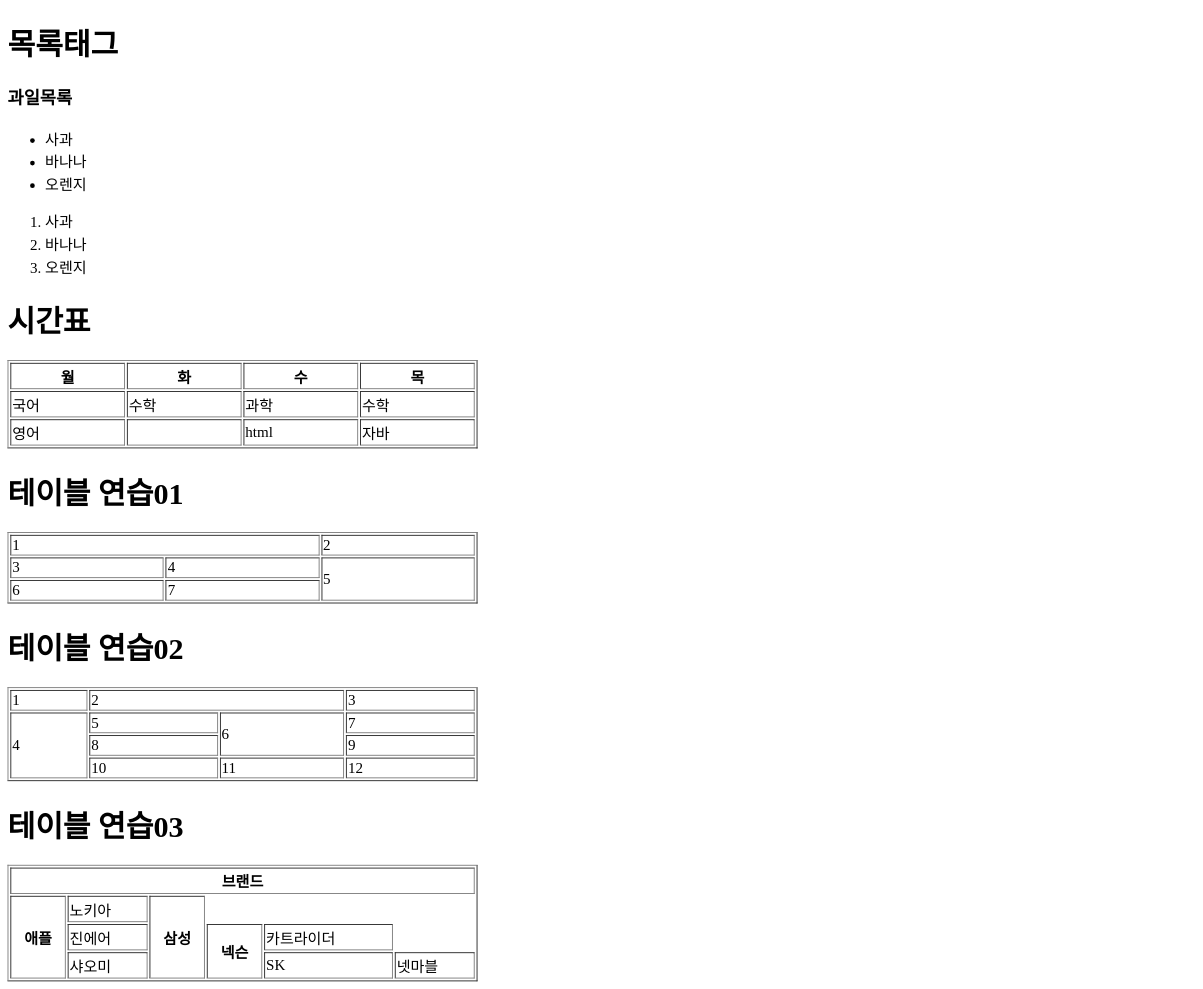
Repository: blinggg/html_git
Page: 0406/ex0406/WebContent/ex04.html
These files come from the project's save history. The page is drawn as it stood at one moment and after the next save; the edit follows.
The browser window is 1280 px wide. The pictures show the whole page, at 94% of full size.

Above is the page before, as saved 2020-04-06 05:24:54.

### 0406/ex0406/WebContent/ex04.html
<!DOCTYPE html>
<html>
<head>
<meta charset="UTF-8">
<title>연습4</title>
</head>
<body>
	<h1>목록태그</h1>
	<h3>과일목록</h3>

	<!-- 순서가 없는 리스트 -->
	<ul>
		<li>사과  </li>
		<li>바나나</li>
		<li>오렌지</li>
	</ul>

	<!-- 순서가 있는 리스트 -->
	<ol><li>사과  </li>
		<li>바나나</li>
		<li>오렌지</li>
	</ol>

	<h1>시간표</h1>
	<table border=1 width=500>
		<tr>
			<th>월</th>
			<th>화</th>
			<th>수</th>
			<th>목</th>


		</tr>
		<tr>
			<td>국어</td>
			<td>수학</td>
			<td>과학</td>
			<td>수학</td>
		</tr>

		<tr>
			<td>영어</td>
			<td></td>
			<td>html</td>
			<td>자바</td>

		</tr>
		</table>

		<h1>테이블 연습01</h1>
		<table border=1 width=500>
			<tr>
				<td colspan=2>1</td>
				<td>2</td>
			</tr>
			<tr>
				<td>3</td>
				<td>4</td>
				<td rowspan=2>5</td>
			</tr>
			<tr>
				<td>6</td>
				<td>7</td>
			</tr>
		</table>

		<h1>테이블 연습02</h1>
		<table border=1 width=500>
			<tr>
			<td>1</td>
			<td colspan=2>2</td>
			<td>3</td>
			</tr>
			<tr>
			<td rowspan=3>4</td>
			<td>5</td>
			<td rowspan=2>6</td>
			<td>7</td>
			</tr>

			<tr>
			<td>8</td>
			<td>9</td>
			</tr>

			<tr>
			<td>10</td>
			<td>11</td>
			<td>12</td>

		</table>

		<h1>테이블 연습03</h1>
		<table border=1 width=500>
		<tr>
		<th colspan=6>브랜드</th>
		</tr>

		<tr>
		<th rowspan=6>애플</th>
		<td>노키아</td>
		<th rowspan=10>삼성</tr>
		<td>진에어</td>
		<th rowspan=5>넥슨</th>
		<td>카트라이더</td>
		</tr>

		<tr>
		<td>샤오미</td>
		<td>SK</td>
		<td>넷마블</td>













		</table>
</body>
</html>

After the next save:
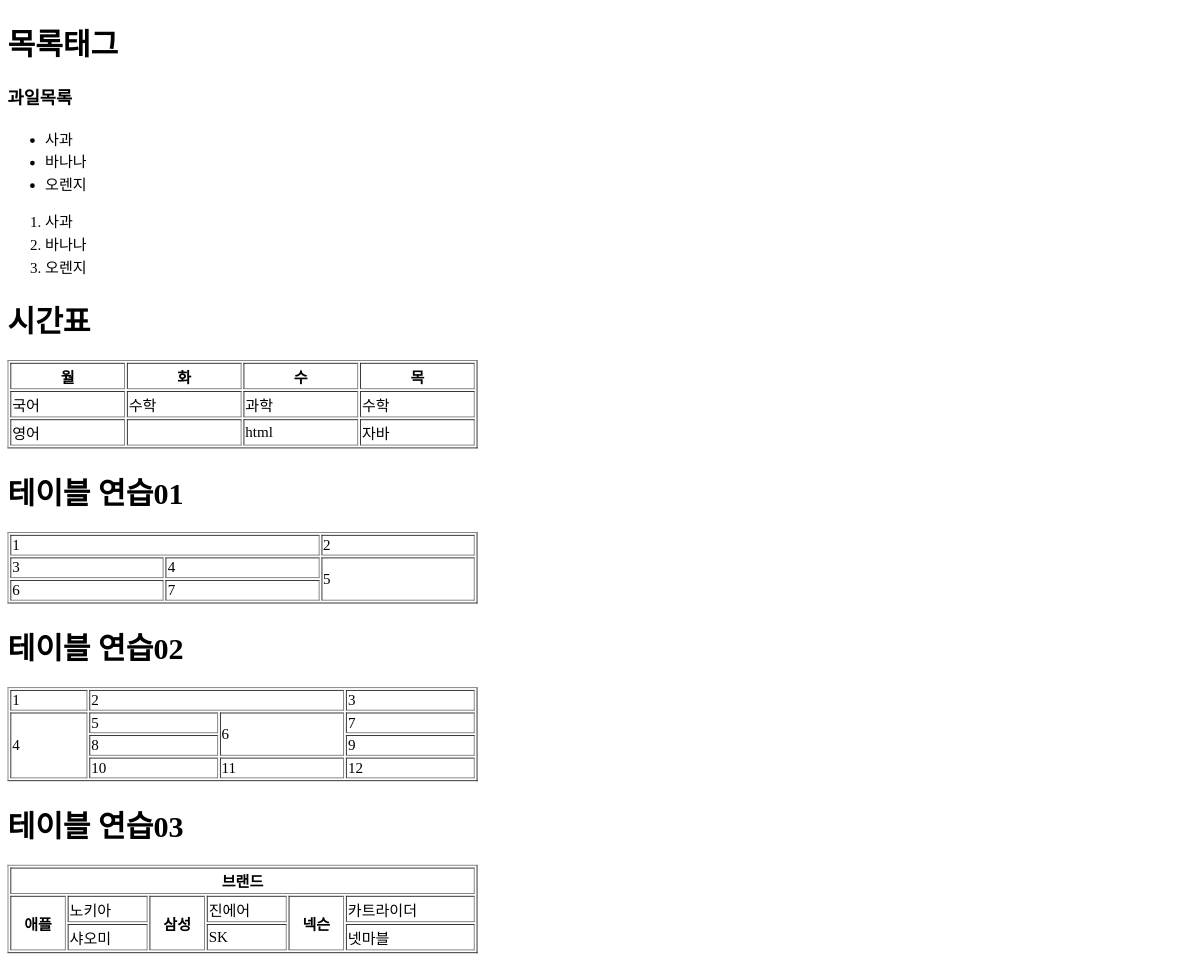
Saved 64 s later.
--- a/0406/ex0406/WebContent/ex04.html
+++ b/0406/ex0406/WebContent/ex04.html
@@ -99,7 +99,7 @@
 		<tr>
 		<th rowspan=6>애플</th>
 		<td>노키아</td>
-		<th rowspan=10>삼성</tr>
+		<th rowspan=9>삼성</th>
 		<td>진에어</td>
 		<th rowspan=5>넥슨</th>
 		<td>카트라이더</td>
